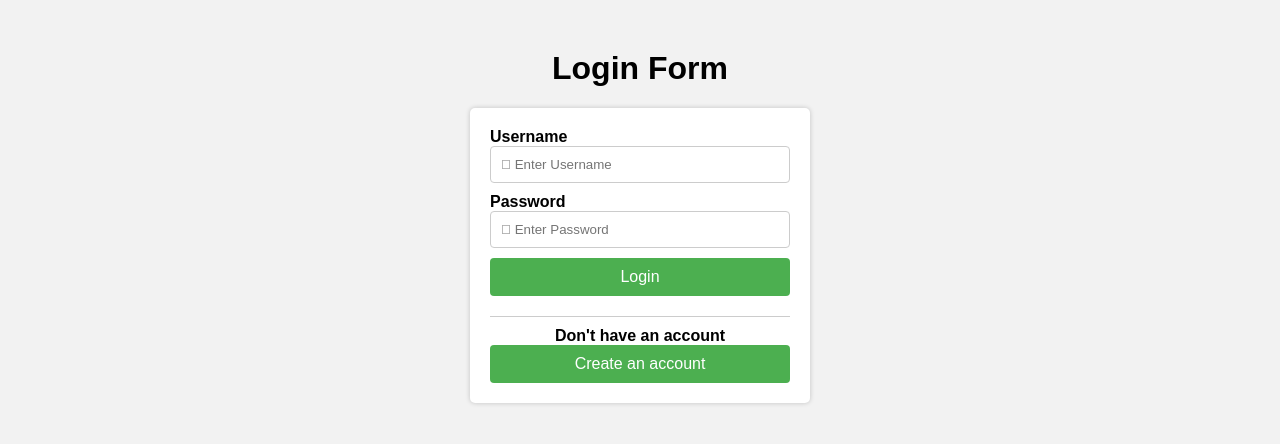
Repository: rohann12/RepairMate
Page: http://localhost/Garage/JSP/login.jsp
These files come from the project's save history. The page is drawn as it stood at one moment and after the next save; the edit follows.
The browser window is 1280 px wide. The pictures show the whole page.
The page is served by Tomcat 9. Other server files are loaded and not shown.

Above is the page before, as saved 2023-06-17 07:43:51.

### Garage/src/main/webapp/JSP/login.jsp
<%@ page language="java" contentType="text/html; charset=UTF-8" pageEncoding="UTF-8"%>
<%@page import="java.util.*" %>
<%@page import="com.database.dbconn" %>
<!DOCTYPE html>
<html>
<head>
  <title>Login Result</title>
  <link rel="stylesheet" href="../CSS/login.css">
</head>
<body>
<h1>Login Form</h1>
        <form method='POST' action='' id="loginForm" onsubmit="event.preventDefault();validation();">

                <label for='user-name'>Username</label>
                <input type='text' placeholder='&#xf007; Enter Username' name="user-name" id="user-name"><br>
                <span class="error-message" id="username-validation"></span>
                <span class='backend-error-message'>
                    <?=$error_msg?>
                </span>
                <label for='password'>Password</label>
                <input type='password' placeholder='&#xf084; Enter Password' name='password' id="password"><br>
                <span  class="error-message" id="password-validation"></span>
                <span class='backend-error-message'>
                    <?=$error_msg2?>
                </span>
                <button type='submit'>Login</button>
                <hr>
                <span style="text-align:center"><b>Don't have an account</b></span>
                <a href="registration.php"><button type="button">Create an account</button></a>

        </form>
  <%-- <!-- <div class="container"> -->
  <h2>Login</h2>
    <form action="login.jsp" method="post">
      <div class="form-group">
        <label for="username">Username:</label>
        <input type="text" id="username" name="username" required>
      </div>
      <div class="form-group">
        <label for="password">Password:</label>
        <input type="password" id="password" name="password" required>
      </div>
      <input type="submit" value="Login">
    </form>




    boolean isValid = false;
   String username = null;
    String password = null;
      username =  request.getParameter("username");
      password = request.getParameter("password");

      // Perform login validation here (e.g., check credentials against a database)

      // Dummy validation for demonstration purposes
     if(username != null && password!=null) {
    	  out.println("hello");
      }else{
    	  username = "admin";
    	  password = "admin";
    	  if(username.equals("admin") && password.equals("admin")){
    		  out.println("user and password");
    	  }
      }
   //   boolean isValid = username.equals("admin") && password.equals("admin123")
    	//	 if (isValid) {
        //out.println("<h2>Login Successful</h2>");
        //out.println("<p>Welcome, " + username + "!</p>");
     } else {
        out.println("<h2>Login Failed</h2>");
        out.println("<p>Invalid username or password.</p>");
      }

  </div>
</body> --%>
</body>

</html>

### Garage/src/main/webapp/CSS/login.css
@charset "UTF-8"; body {
            font-family: Arial, sans-serif;
            background-color: #f2f2f2;
        }

        h1 {
            text-align: center;
            margin-top: 50px;
        }

        form {
            width: 300px;
            margin: 0 auto;
            padding: 20px;
            background-color: #fff;
            border-radius: 5px;
            box-shadow: 0 0 5px rgba(0, 0, 0, 0.2);
        }

        label {
            font-weight: bold;
        }

        input[type="text"],
        input[type="password"] {
            width: 100%;
            padding: 10px;
            margin-bottom: 10px;
            border: 1px solid #ccc;
            border-radius: 4px;
            box-sizing: border-box;
            font-family: FontAwesome, Arial, sans-serif;
        }

        .error-message {
            color: red;
        }

        .backend-error-message {
            color: red;
            text-align: center;
        }

        button[type="submit"],
        button[type="button"] {
            width: 100%;
            padding: 10px;
            background-color: #4CAF50;
            color: #fff;
            border: none;
            border-radius: 4px;
            cursor: pointer;
            font-size: 16px;
        }

        button[type="submit"]:hover,
        button[type="button"]:hover {
            background-color: #45a049;
        }

        hr {
            margin-top: 20px;
            margin-bottom: 10px;
            border: 0;
            border-top: 1px solid #ccc;
        }

        span {
            display: block;
            text-align: center;
        }

        span b {
            font-weight: bold;
        }

        a {
            text-decoration: none;
        }

After the next save:
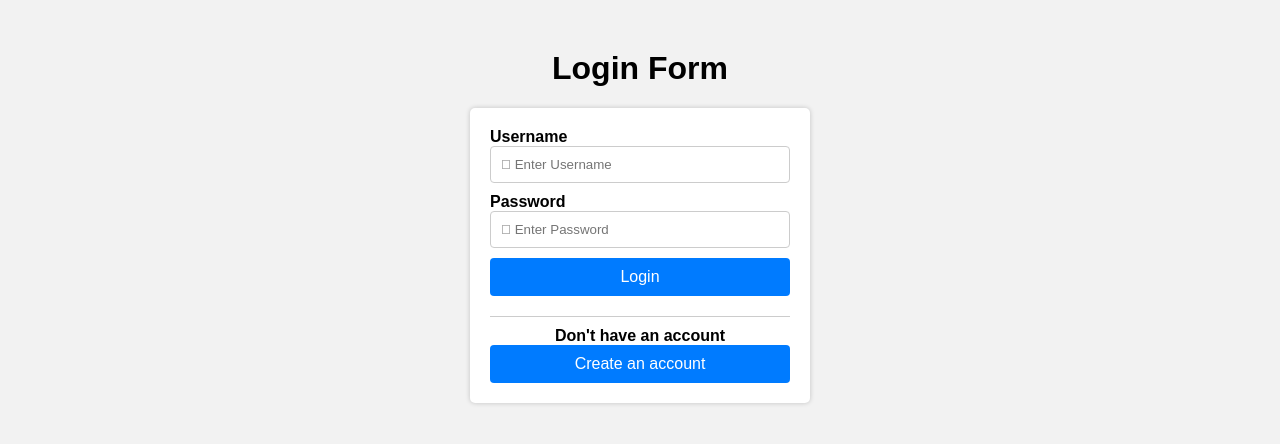
Saved 96 s later.
--- a/Garage/src/main/webapp/CSS/login.css
+++ b/Garage/src/main/webapp/CSS/login.css
@@ -41,22 +41,23 @@
             text-align: center;
         }
 
-        button[type="submit"],
-        button[type="button"] {
-            width: 100%;
-            padding: 10px;
-            background-color: #4CAF50;
-            color: #fff;
-            border: none;
-            border-radius: 4px;
-            cursor: pointer;
-            font-size: 16px;
-        }
+       button[type="submit"],
+button[type="button"] {
+    width: 100%;
+    padding: 10px;
+    background-color: #007bff; /* Modern and techy blue color */
+    color: #fff;
+    border: none;
+    border-radius: 4px;
+    cursor: pointer;
+    font-size: 16px;
+}
 
-        button[type="submit"]:hover,
-        button[type="button"]:hover {
-            background-color: #45a049;
-        }
+button[type="submit"]:hover,
+button[type="button"]:hover {
+    background-color: #0056b3; /* Darker shade on hover */
+}
+
 
         hr {
             margin-top: 20px;
